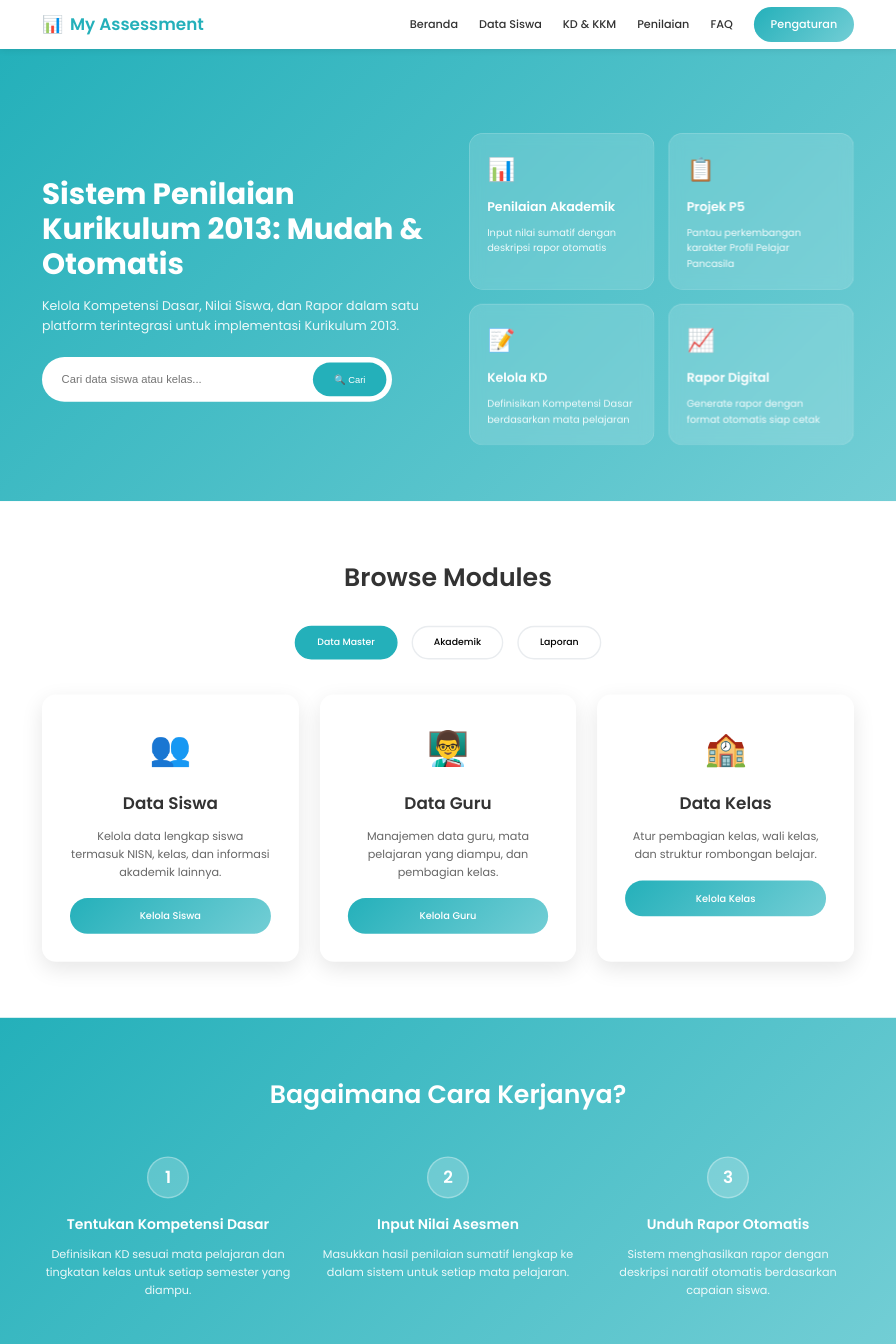
Repository: Ws529/MyAssassment_Final
Page: MyAssessment/index.html
The author's editor kept a copy of each file at every save. The page is drawn from the files as they stood at one save, then again after the next save.
The browser window is 1280 px wide. The pictures show the part of the page from y = 0 to 1920 px (the page is 3002 px tall), at 70% of full size.

Above is the page before, as saved 2026-01-01 00:29:03.

After the next save:
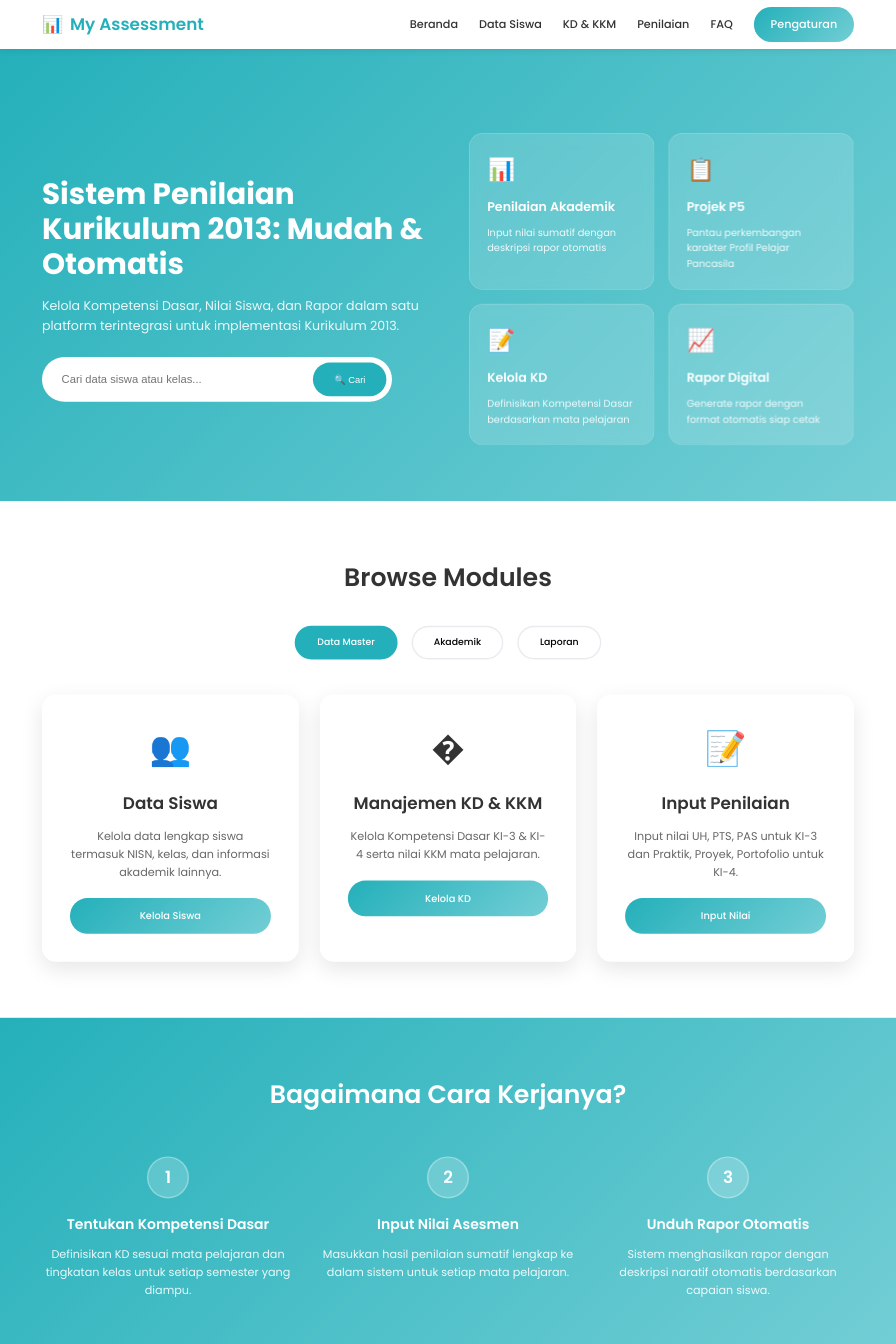
Saved 17 s later.
--- a/MyAssessment/index.html
+++ b/MyAssessment/index.html
@@ -168,16 +168,16 @@
                     <button class="btn-module" onclick="location.href='siswa.html'">Kelola Siswa</button>
                 </div>
                 <div class="module-card" data-category="master">
-                    <div class="module-icon">👨‍🏫</div>
-                    <h3>Data Guru</h3>
-                    <p>Manajemen data guru, mata pelajaran yang diampu, dan pembagian kelas.</p>
-                    <button class="btn-module" onclick="location.href='guru.html'">Kelola Guru</button>
+                    <div class="module-icon">�</div>
+                    <h3>Manajemen KD & KKM</h3>
+                    <p>Kelola Kompetensi Dasar KI-3 & KI-4 serta nilai KKM mata pelajaran.</p>
+                    <button class="btn-module" onclick="location.href='kompetensi.html'">Kelola KD</button>
                 </div>
                 <div class="module-card" data-category="master">
-                    <div class="module-icon">🏫</div>
-                    <h3>Data Kelas</h3>
-                    <p>Atur pembagian kelas, wali kelas, dan struktur rombongan belajar.</p>
-                    <button class="btn-module" onclick="location.href='kelas.html'">Kelola Kelas</button>
+                    <div class="module-icon">📝</div>
+                    <h3>Input Penilaian</h3>
+                    <p>Input nilai UH, PTS, PAS untuk KI-3 dan Praktik, Proyek, Portofolio untuk KI-4.</p>
+                    <button class="btn-module" onclick="location.href='penilaian.html'">Input Nilai</button>
                 </div>
             </div>
         </div>
